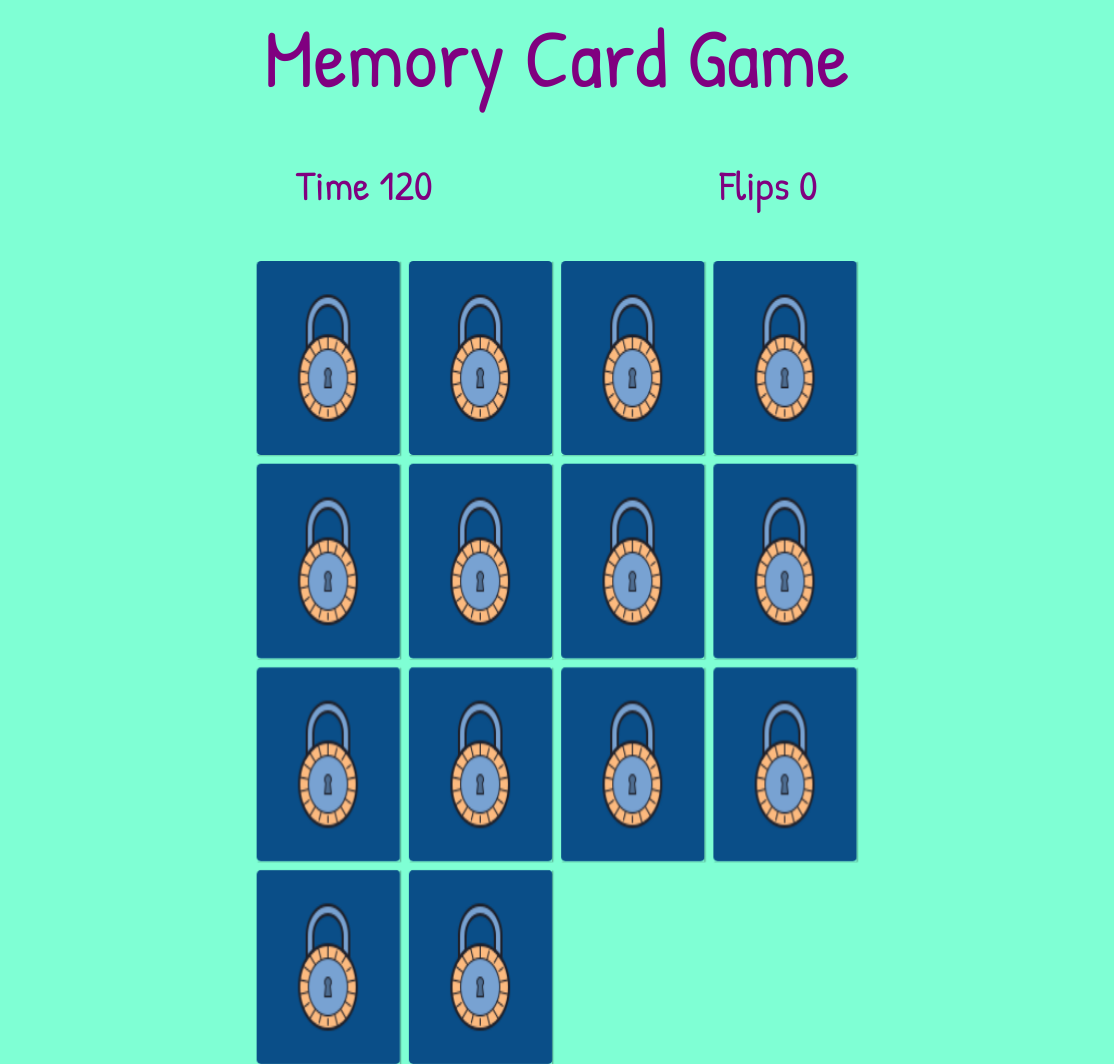
Repository: claudiadanaila1/Project-2--Interactive-FrontEnd---Memory-game
Page: index.html
The author's editor kept a record of every edit. The page is drawn from the files as they stood at one moment, then again after the next edit.
The browser window is 1280 px wide. The pictures show the whole page, at 87% of full size.

Above is the page before.

After the next edit:
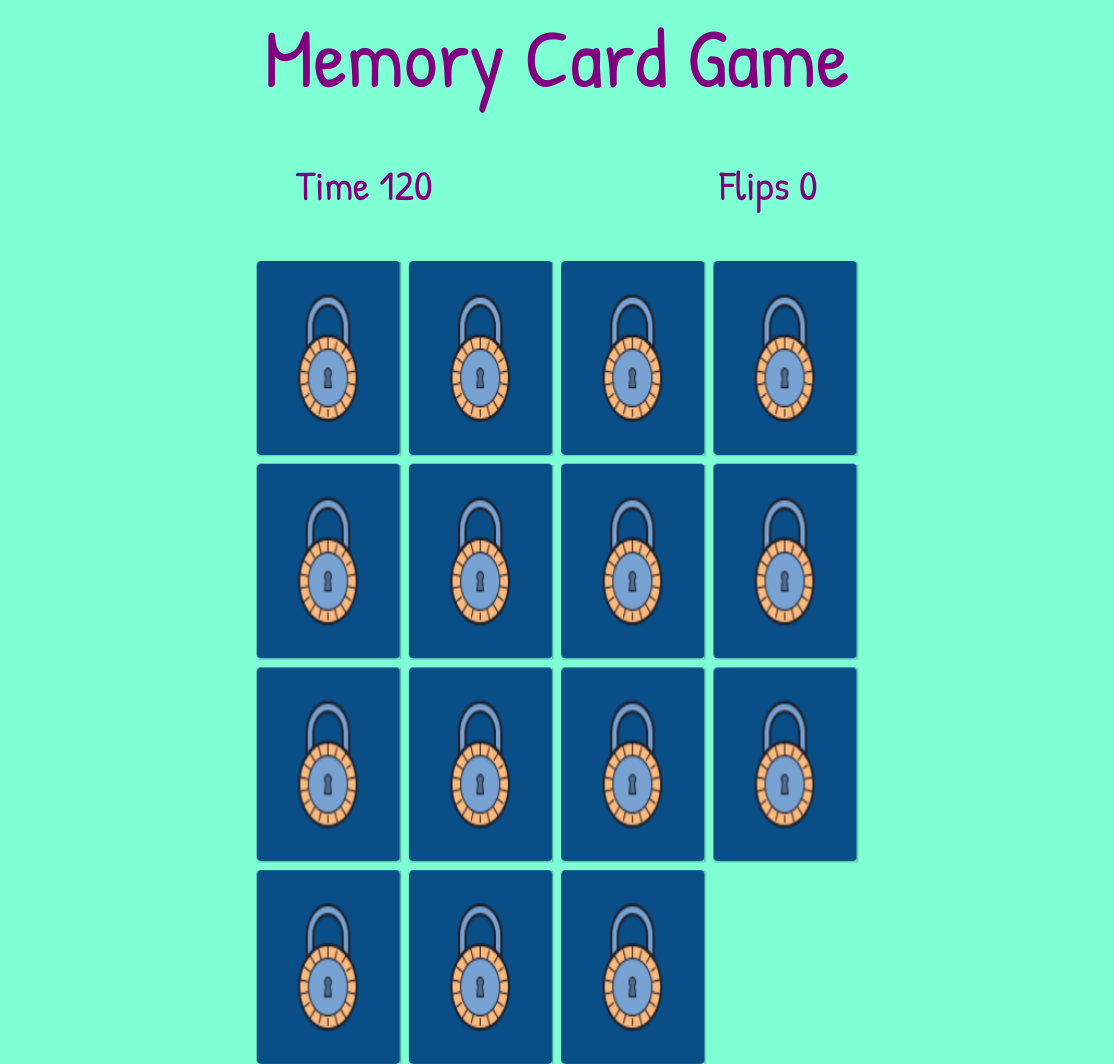
The edit:
--- a/index.html
+++ b/index.html
@@ -72,6 +72,10 @@
           <img class="card-front" src="assets/images/jelly7.jpg" alt="jelly-fish"/>
           <img class="card-back"  src="assets/images/icon8-lock.png" alt="lock" />
       </div>
+       <div class="memory-card">
+          <img class="card-front" src="assets/images/jelly7.jpg" alt="jelly-fish"/>
+          <img class="card-back"  src="assets/images/icon8-lock.png" alt="lock" />
+      </div>
       <div class="memory-card">
           <img class="card-front" src="assets/images/jelly8.jpg" alt="jelly-fish"/>
           <img class="card-back"  src="assets/images/icon8-lock.png" alt="lock" />
